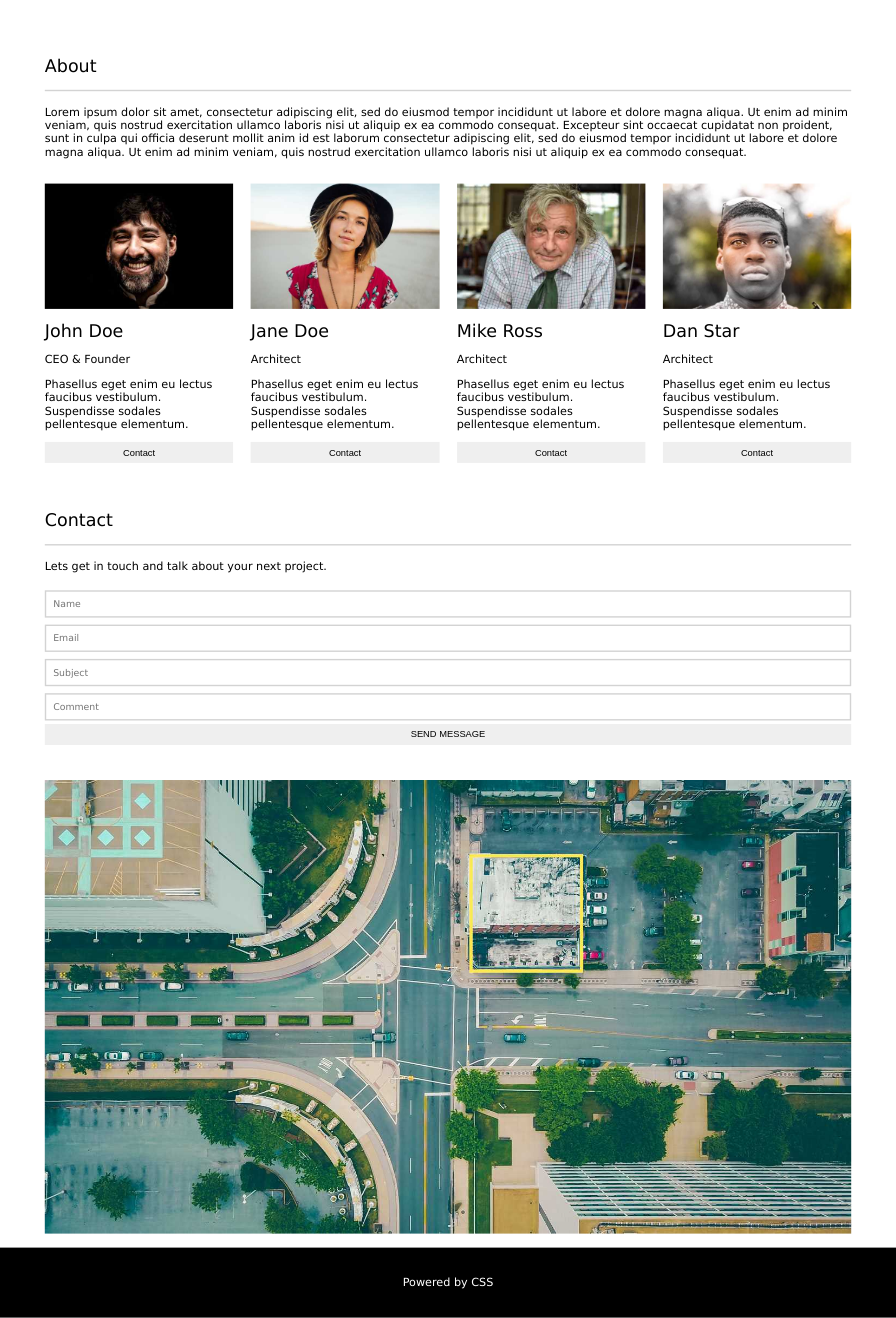
Repository: hesshess/clonecoding-assignment
Page: 2-ba-architects/template2.html
An editor plug-in stored every save of this project. The page is shown before and after a run of saves, followed by the edit.
The browser window is 1280 px wide. The pictures show the part of the page from y = 1175 to 3095 px (the page is 3058 px tall before and 3095 px after), at 70% of full size.

Above is the page before, as saved 2022-03-15 20:58:10.

### 2-ba-architects/template2.html
<!DOCTYPE html>
<html>
  <head>
    <title>이젠-풀스택-클론코딩2</title>
    <meta charset="UTF-8" />
    <meta name="viewport" content="width=device-width, initial-scale=1" />
    <link rel="stylesheet" href="template2.css" />
  </head>
  <body>
    <!-- Navbar (sit on top) -->
    <nav id="navbar">
      <div class="navbar__logo">
        <a href="#home" class="bar-item"><b>BR</b> Architects</a>
      </div>
      <!-- Right-sided navbar links. Hide them on small screens -->
      <div class="navbar__menu">
        <a href="#projects" class="bar-item">Projects</a>
        <a href="#about" class="bar-item">About</a>
        <a href="#contact" class="bar-item">Contact</a>
      </div>
    </nav>

    <header id="home">
      <img src="./img/architect.jpg" alt="Architect" style=/>
      <h1><span class="br">BR</span><span class="arc">Architects</span></h1>
    </header>

    <content>
      <!-- About Section -->
      <section id="projects">
        <div class="title-box">
          <h3>Projects</h3>
        </div>
        <div class="list-box">
          <div class="houses">
            <img src="./img/house2.jpg" alt="house" />
            <div class="house__name">Spring</div>
          </div>
          <div class="houses">
            <img src="./img/house3.jpg" alt="house" />
            <div class="house__name">Summer</div>
          </div>
          <div class="houses">
            <img src="./img/house4.jpg" alt="house" />
            <div class="house__name">Autumn</div>
          </div>
          <div class="houses">
            <img src="./img/house5.jpg" alt="house" />
            <div class="house__name">Winter</div>
          </div>
          <div class="houses">
            <img src="./img/house2.jpg" alt="house" />
            <div class="house__name">Spring</div>
          </div>
          <div class="houses">
            <img src="./img/house3.jpg" alt="house" />
            <div class="house__name">Summer</div>
          </div>
          <div class="houses">
            <img src="./img/house4.jpg" alt="house" />
            <div class="house__name">Autumn</div>
          </div>
          <div class="houses">
            <img src="./img/house5.jpg" alt="house" />
            <div class="house__name">Winter</div>
          </div>
        </div>
      </section>

      <!-- Menu Section -->
      <section id="about">
        <div class="title-box">
          <h3>About</h3>

          <p>
            Lorem ipsum dolor sit amet, consectetur adipiscing elit, sed do
            eiusmod tempor incididunt ut labore et dolore magna aliqua. Ut enim
            ad minim veniam, quis nostrud exercitation ullamco laboris nisi ut
            aliquip ex ea commodo consequat. Excepteur sint occaecat cupidatat
            non proident, sunt in culpa qui officia deserunt mollit anim id est
            laborum consectetur adipiscing elit, sed do eiusmod tempor
            incididunt ut labore et dolore magna aliqua. Ut enim ad minim
            veniam, quis nostrud exercitation ullamco laboris nisi ut aliquip ex
            ea commodo consequat.
          </p>
        </div>
        <div class="team-box">
          <div class="team-mem">
            <img src="./img/team2.jpg" alt="John" />
            <h3>John Doe</h3>
            <p>CEO & Founder</p>
            <p>
              Phasellus eget enim eu lectus faucibus vestibulum. Suspendisse
              sodales pellentesque elementum.
            </p>
            <p><button>Contact</button></p>
          </div>
          <div class="team-mem">
            <img src="./img/team1.jpg" alt="Jane" />
            <h3>Jane Doe</h3>
            <p>Architect</p>
            <p>
              Phasellus eget enim eu lectus faucibus vestibulum. Suspendisse
              sodales pellentesque elementum.
            </p>
            <p><button>Contact</button></p>
          </div>
          <div class="team-mem">
            <img src="./img/team3.jpg" alt="Mike" />
            <h3>Mike Ross</h3>
            <p>Architect</p>
            <p>
              Phasellus eget enim eu lectus faucibus vestibulum. Suspendisse
              sodales pellentesque elementum.
            </p>
            <p><button>Contact</button></p>
          </div>
          <div class="team-mem">
            <img src="./img/team4.jpg" alt="Dan" />
            <h3>Dan Star</h3>
            <p>Architect</p>
            <p>
              Phasellus eget enim eu lectus faucibus vestibulum. Suspendisse
              sodales pellentesque elementum.
            </p>
            <p><button>Contact</button></p>
          </div>
        </div>
      </section>

      <!-- Contact Section -->
      <section id="contact">
        <div class="title-box">
          <h3>Contact</h3>
          <p>Lets get in touch and talk about your next project.</p>
        </div>
        <form>
          <input type="text" placeholder="Name" required name="Name" />
          <input type="text" placeholder="Email" required name="Email" />
          <input type="text" placeholder="Subject" required name="Subject" />
          <input type="text" placeholder="Comment" required name="Comment" />
          <button class="massage">SEND MESSAGE</button>
        </form>
      </section>
      <section id="map">
        <img src="./img/map.jpg" />
      </section>

      <!-- End page content -->
    </content>
    <!-- Footer -->
    <footer>
      <p>Powered by CSS</p>
    </footer>
  </body>
</html>

### 2-ba-architects/template2.css
* {
  margin: 0;
  box-sizing: border-box;
}

body {
  width: 100%;
  height: 100%;
  font-family: Verdana, sans-serif;
}

h1 {
  font-size: 40px;
}
h2 {
  font-size: 30px;
}
h3 {
  font-size: 25px;
  font-weight: 100;
}
h4 {
  font-size: 20px;
}
h5 {
  font-size: 15px;
}
h6 {
  font-size: 10px;
}
img {
  max-width: 100%;
}

#navbar {
  width: 100%;
  height: 3%;
  background-color: white;
  display: flex;
  justify-content: space-between;
  align-items: center;
  position: fixed;
  letter-spacing: 5px;
  box-shadow: 0px 2px 6px grey;
  z-index: 3;
  padding: 30px;
}
.navbar__logo {
  padding: 0;
}
.navbar__menu {
  width: 26%;
  display: flex;
  justify-content: space-around;
  padding-right: 20px;
}
a {
  padding: 10px;
  text-decoration: none;
  color: black;
}
a:hover {
  background-color: lightgray;
  border-radius: 1px;
}

header {
  position: relative;
  display: block;
}
header > img {
  width: 100%;
  height: 90vh;
}
header span {
  padding: 10px 20px;
}
header span.br {
  padding: 10px 20px;
  background: black;
}

header h1 {
  position: absolute;
  top: 50%;
  left: 50%;
  transform: translate(-50%, -50%);
  color: white;
  opacity: 0.8;
}

input {
  margin: 5px auto;
  width: 100%;
  padding: 10px;

  font-family: inherit;
  border: 2px solid lightgray;
}
button {
  border: none;
  width: 100%;
  height: 30px;
}
button:hover {
  background-color: gray;
}

footer {
  display: flex;
  width: 100%;
  height: 100px;
  justify-content: center;
  align-items: center;
  background: black;
  color: white;
}
section {
  height: fit-content;
  display: flex;
  flex-direction: column;
  justify-content: center;
  margin-top: 30px;
}
div.title-box {
  display: flex;
  align-items: center;
  width: 100vw;
  height: fit-content;
}
div.title-box h3 {
  margin: auto;
  width: 90%;
  padding: 20px 0;
  border-bottom: 2px solid lightgray;
}
div.list-box {
  margin: 30px auto;
  width: 90%;
  display: grid;
  gap: 25px;
  height: 50vh;
  grid-template:
    'box box box box' 1fr
    'box box box box' 1fr / 1fr 1fr 1fr 1fr;
  height: fit-content;
}

div.houses {
  position: relative;
}
div.house__name {
  position: absolute;
  top: 0;
  bottom: 0;
  padding: 15px;
  color: white;
  background-color: black;
  height: fit-content;
}

div.team-box {
  margin: auto;
  width: 90%;
  display: grid;
  gap: 25px;
  grid-template: 'box box box box' 1fr / 1fr 1fr 1fr 1fr;
}

.team-mem {
  display: flex;
  height: 60vh;
  flex-direction: column;
  justify-content: space-evenly;
}
#about > .title-box {
  display: block;
  margin: auto;
}
#about > .title-box > p {
  margin: auto;
  padding: 20px 0;
  width: 90%;
}

#contact > .title-box {
  display: block;
  margin: auto;
}
#contact > .title-box > p {
  margin: auto;
  padding: 20px 0;
  width: 90%;
}
form {
  margin: auto;
  width: 90%;
}
#map > img {
  margin: auto;
  width: 90%;
  padding: 20px 0;
}
.message {
  display: flex;
  width: 100px;
  background-color: black;
  color: white;
}

After the next 2 saves:
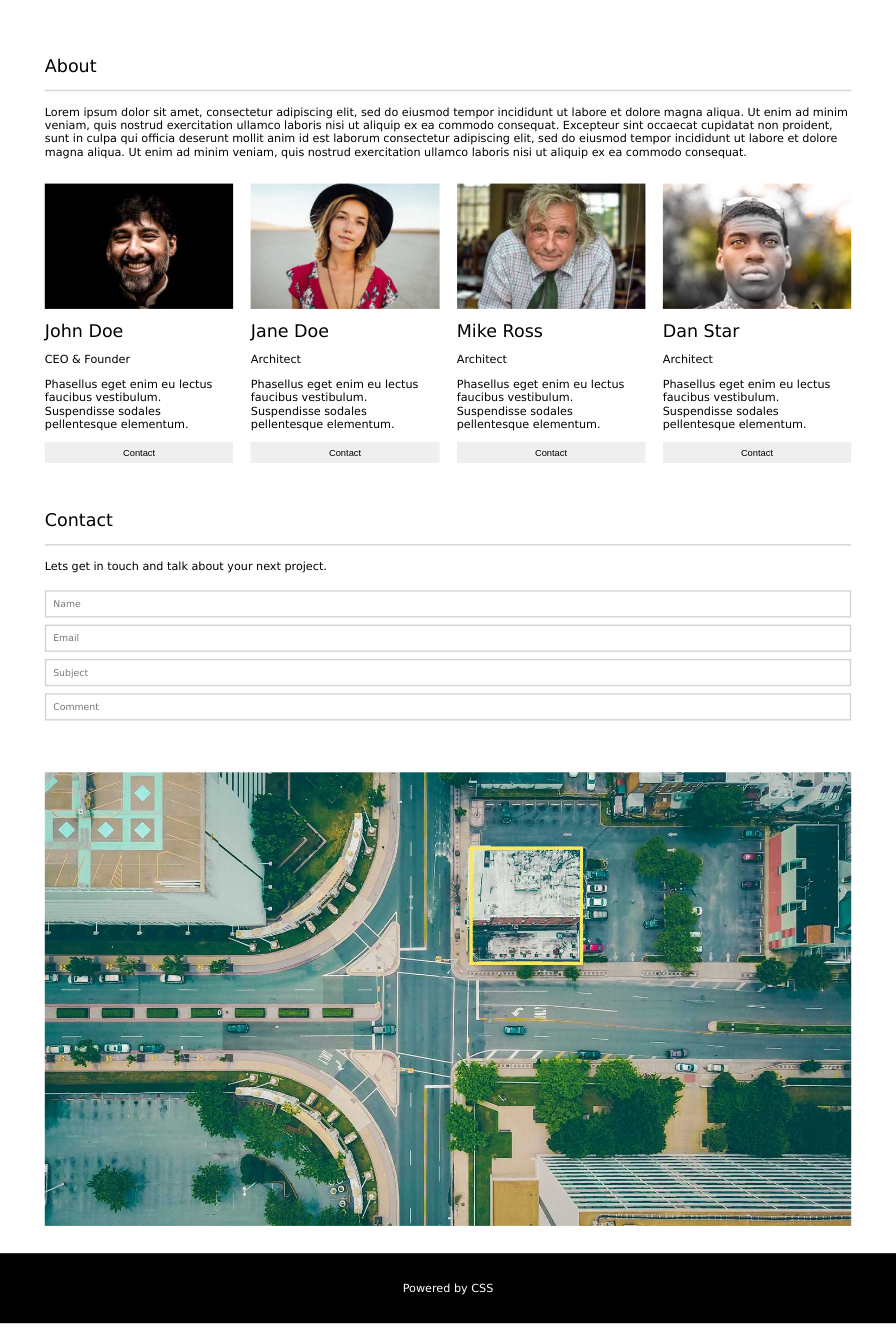
The 2 saves are shown as one change because they came seconds apart.
The last was saved 44 s later.
--- a/2-ba-architects/template2.html
+++ b/2-ba-architects/template2.html
@@ -139,7 +139,7 @@
           <input type="text" placeholder="Email" required name="Email" />
           <input type="text" placeholder="Subject" required name="Subject" />
           <input type="text" placeholder="Comment" required name="Comment" />
-          <button class="massage">SEND MESSAGE</button>
+          <a class="massage" SEND MESSAGE />
         </form>
       </section>
       <section id="map">

After the save that followed:
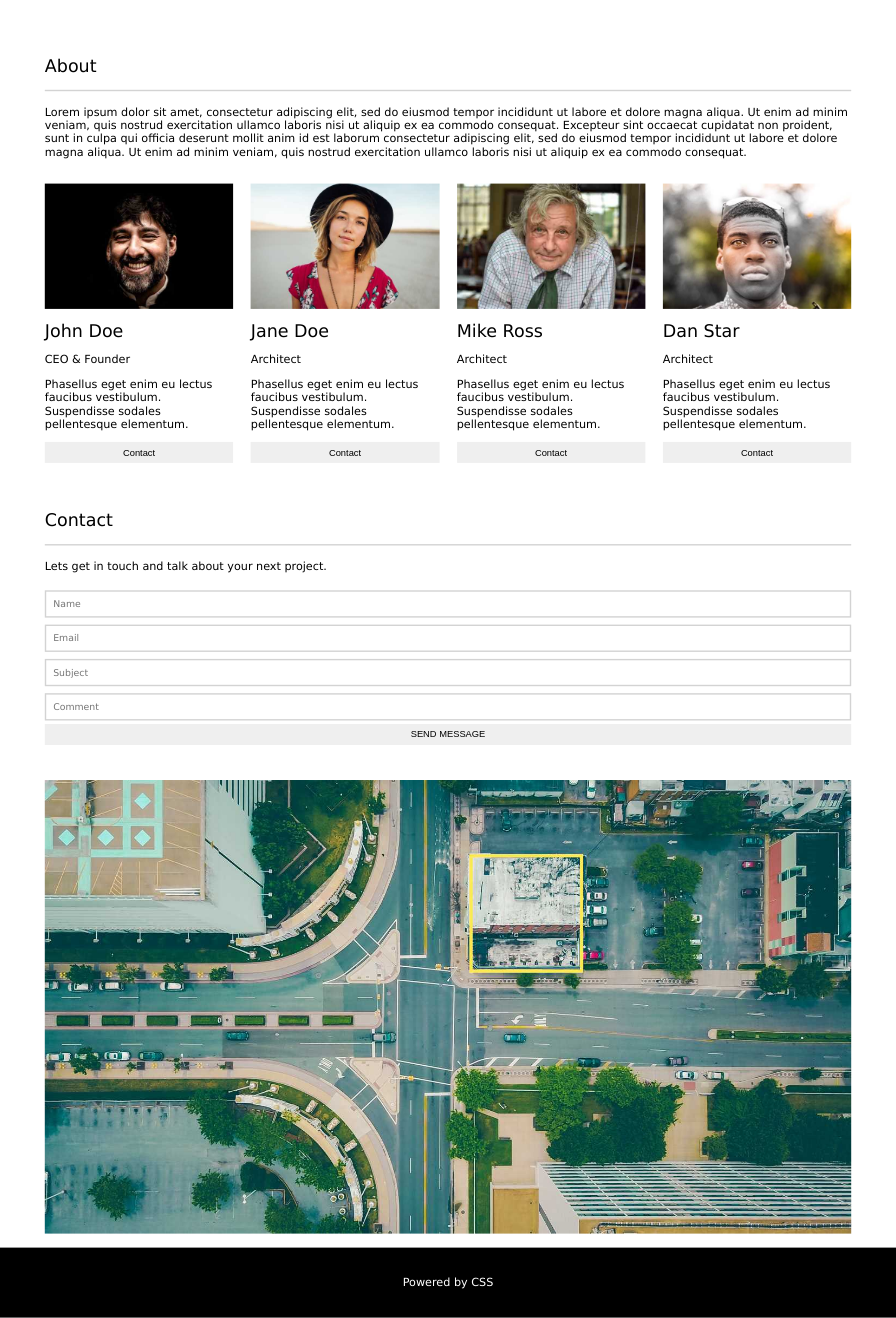
Saved 19 s later.
--- a/2-ba-architects/template2.html
+++ b/2-ba-architects/template2.html
@@ -139,7 +139,7 @@
           <input type="text" placeholder="Email" required name="Email" />
           <input type="text" placeholder="Subject" required name="Subject" />
           <input type="text" placeholder="Comment" required name="Comment" />
-          <a class="massage" SEND MESSAGE />
+          <button class="massage">SEND MESSAGE</button>
         </form>
       </section>
       <section id="map">
